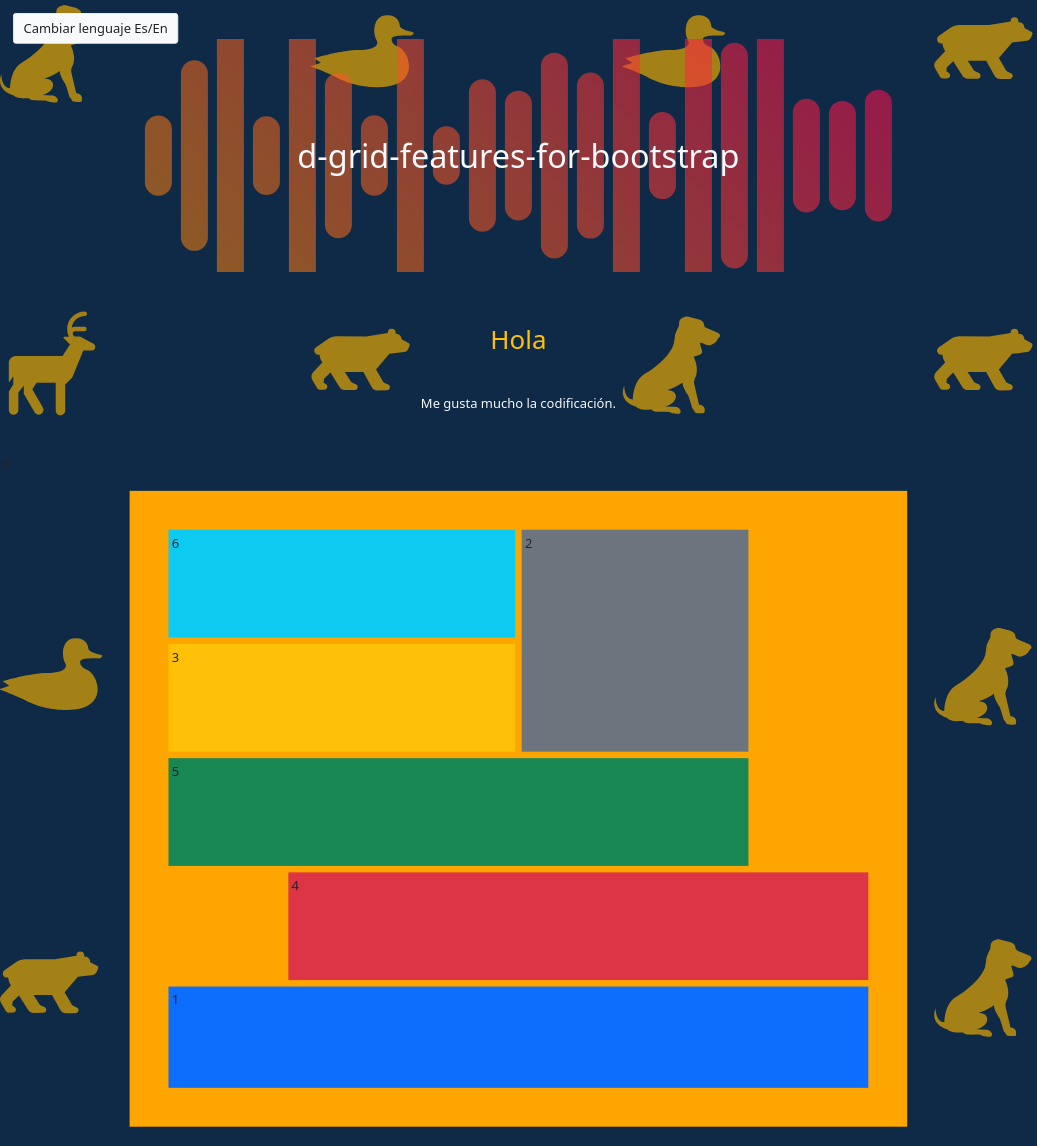
Repository: LynxPardelle/d-grid-features-for-bootstrap
Page: index.html
These files come from the project's save history. The page is drawn as it stood at one moment and after the next save; the edit follows.
The browser window is 1280 px wide. The pictures show the whole page, at 81% of full size.

Above is the page before, as saved 2021-10-20 23:53:01.

### index.html
<!DOCTYPE html>
<html lang="es">
  <head>
    <meta charset="UTF-8" />
    <meta http-equiv="X-UA-Compatible" content="IE=edge" />
    <meta name="viewport" content="width=device-width, initial-scale=1.0" />
    <meta name="author" content="Lynx Pardelle" />
    <title>d-grid-features-for-bootstrap</title>
    <link
      href="https://cdn.jsdelivr.net/npm/bootstrap@5.1.3/dist/css/bootstrap.min.css"
      rel="stylesheet"
      integrity="sha384-1BmE4kWBq78iYhFldvKuhfTAU6auU8tT94WrHftjDbrCEXSU1oBoqyl2QvZ6jIW3"
      crossorigin="anonymous"
    />
    <style>
      body {
        background-image: url("data:[embedded picture, 9376 characters]");
        background-size: cover;
        background-repeat: repeat;
        background-position: left top;
      }

      h1 {
        background-image: url("data:[embedded picture, 2297 characters]");
        background-size: cover;
        background-repeat: no-repeat;
        background-position: center center;
        padding: 7.5rem;
      }
    </style>
  </head>
  <body>
    <!-- Change Languaje -->
    <button id="switch-lang" onclick="SwitchLang()" class="d-block btn btn-light text-dark position-fixed top-0 start-0 mt-3 ms-3 ">
      <span data-lang="en">
        Switch Language Es/En
      </span>
      <span data-lang="es">
        Cambiar lenguaje Es/En
      </span>
    </button>

    <h1 class="text-center text-light my-5">d-grid-features-for-bootstrap</h1>

    <h2 class="text-center text-light p-3 m-3">
      <span data-lang="en" class="text-warning">Hello</span>
      <span data-lang="es" class="text-warning">Hola</span>
    </h2>

    <div class="text-center text-light p-3 m-3">
      <p data-lang="en">I really enjoy coding.</p>
      <p data-lang="es">Me gusta mucho la codificación.</p>
    </div>p>
    </div>

    <!-- <section class="d-grid bg-dark" data-gfbs data-gfbs-gtc="repeat(4, 1fr)" data-gfbs-gtr="repeat(2, 50px)" > -->
    <!-- <section class="d-grid bg-dark" data-gfbs data-gfbs-gta='"f f b c c a"" f f d e e a"'> -->
    <section
      class="d-grid w-75 mx-auto my-4"
      data-gfbs
      data-gfbs-custom="background-color: black; padding: 1rem;"
      data-gfbs-custom-sm="background-color: pink; padding: 2rem;"
      data-gfbs-custom-md="background-color: orange; padding: 3rem;"
      data-gfbs-gt='
      [row1-start] "a a b ." 12.5px [row1-end]
      [row2-start] "a a b ." 12.5px [row2-end]
      [row3-start] "c c b d" 12.5px [row3-end]
      [row4-start] "c c b d" 12.5px [row4-end]
      [row5-start] "e e e d" 12.5px [row5-end]
      [row6-start] "e e e d" 12.5px [row6-end]
      [row7-start] ". f f f" 12.5px [row7-end]
      [row8-start] ". f f f" 12.5px [row8-end]
      [row9-start] "g g g g" 25px [row9-end]
      / 2fr 1fr 1fr 3fr'
      data-gfbs-gt-sm='
      [row1-start] "a b b ." 25px [row1-end]
      [row2-start] "a b b ." 25px [row2-end]
      [row3-start] "c c c ." 25px [row3-end]
      [row4-start] "c c c ." 25px [row4-end]
      [row5-start] "e e d d" 25px [row5-end]
      [row6-start] "e e d d" 25px [row6-end]
      [row7-start] ". f f ." 25px [row7-end]
      [row8-start] ". f f ." 25px [row8-end]
      [row9-start] "g g g g" 50px [row9-end]
      / 1fr 2fr 2fr 1fr'
      data-gfbs-gt-md='
      [row1-start] "a a a b" 37.5px [row1-end]
      [row2-start] "a a a b" 37.5px [row2-end]
      [row3-start] "c c d d" 37.5px [row3-end]
      [row4-start] "c c d d" 37.5px [row4-end]
      [row5-start] "e e d d" 37.5px [row5-end]
      [row6-start] "e e d d" 37.5px [row6-end]
      [row7-start] "f f f f" 37.5px [row7-end]
      [row8-start] "g g g g" 37.5px [row8-end]
      [row9-start] "g g g g" 75px [row9-end]
      / 1fr 2fr 2fr 1fr'
      data-gfbs-gt-lg='
      [row1-start] "a a b ." 50px [row1-end]
      [row2-start] "a a b ." 50px [row2-end]
      [row3-start] "c c b d" 50px [row3-end]
      [row4-start] "c c b d" 50px [row4-end]
      [row5-start] "e e e d" 50px [row5-end]
      [row6-start] "e e e d" 50px [row6-end]
      [row7-start] ". f f f" 50px [row7-end]
      [row8-start] ". f f f" 50px [row8-end]
      [row9-start] "g g g g" 100px [row9-end]
      / 1fr 2fr 2fr 1fr'
      data-gfbs-gt-xl='
      [row1-start] "a a b ." 62.5px [row1-end]
      [row2-start] "a a b ." 62.5px [row2-end]
      [row3-start] "c c b d" 62.5px [row3-end]
      [row4-start] "c c b d" 62.5px [row4-end]
      [row5-start] "e e e d" 62.5px [row5-end]
      [row6-start] "e e e d" 62.5px [row6-end]
      [row7-start] ". f f f" 62.5px [row7-end]
      [row8-start] ". f f f" 62.5px [row8-end]
      [row9-start] "g g g g" 125px [row9-end]
      / 1fr 2fr 2fr 1fr'
      data-gfbs-gt-xxl='
      [row1-start] "a a b ." 87.5px [row1-end]
      [row2-start] "a a b ." 87.5px [row2-end]
      [row3-start] "c c b d" 87.5px [row3-end]
      [row4-start] "c c b d" 87.5px [row4-end]
      [row5-start] "e e e d" 87.5px [row5-end]
      [row6-start] "e e e d" 87.5px [row6-end]
      [row7-start] ". f f f" 87.5px [row7-end]
      [row8-start] ". f f f" 87.5px [row8-end]
      [row9-start] "g g g g" 150px [row9-end]
      / 1fr 2fr 2fr 1fr'
      data-gfbs-gap="0.5rem"
    >
      <!-- data-gfbs-cg="1rem"
      data-gfbs-rg="1rem" -->
      <div
        data-gfbs
        data-gfbs-iga="a"
        data-gfbs-iga-sm="g"
        class="bg-primary p-1"
      >
        1
      </div>

      <div data-gfbs data-gfbs-iga="b" class="bg-secondary p-1">2</div>
      <div data-gfbs data-gfbs-iga="c" class="bg-warning p-1">3</div>
      <div
        data-gfbs
        data-gfbs-iga="d"
        data-gfbs-iga-lg="f"
        class="bg-danger p-1"
      >
        4
      </div>
      <div data-gfbs data-gfbs-iga="e" class="bg-success p-1">5</div>
      <div data-gfbs data-gfbs-iga="f" data-gfbs-iga-md="a" class="bg-info p-1">
        6
      </div>
    </section>

    <script
      src="https://cdn.jsdelivr.net/npm/bootstrap@5.1.3/dist/js/bootstrap.bundle.min.js"
      integrity="sha384-ka7Sk0Gln4gmtz2MlQnikT1wXgYsOg+OMhuP+IlRH9sENBO0LRn5q+8nbTov4+1p"
      crossorigin="anonymous"
    ></script>
    <script src="./d-grid.js"></script>
    <script src="./langChanger.js"></script>
  </body>
</html>

### d-grid.js
"use strict";

function gridCreate(){
  let wWidth = window.innerWidth;
  let gridElements = document.querySelectorAll("[data-gfbs]");

  function checkIfHasBP(gridElement, atr) {
    let hasIt = false;
    for (let attribute of gridElement.attributes) {
      let at = attribute.localName;
      if (at.includes(atr)) {
        switch (true) {
          case at.includes("-sm") && wWidth >= 576 && wWidth < 768:
            hasIt = true;
            break;
          case at.includes("-md") && wWidth >= 768 && wWidth < 992:
            hasIt = true;
            break;
          case at.includes("-lg") && wWidth >= 992 && wWidth < 1200:
            hasIt = true;
            break;
          case at.includes("-xl") && wWidth >= 1200 && wWidth < 1400:
            hasIt = true;
            break;
          case at.includes("-xxl") && wWidth >= 1400:
            hasIt = true;
            break;
        }
      }
    }

    return hasIt;
  }

  for (let gridElement of gridElements) {
    for (let attribute of gridElement.attributes) {
      let at = attribute.localName;
      let attValue = attribute.value;

      if (
        at.includes("gfbs-") &&
        ((!at.includes("-sm") &&
          !at.includes("-md") &&
          !at.includes("-lg") &&
          !at.includes("-xl") &&
          !at.includes("-xxl") &&
          !checkIfHasBP(gridElement, at)) ||
          (at.includes("-sm") &&
            wWidth >= 576 &&
            (!at.includes("-md") || (at.includes("-md") && wWidth < 768)) &&
            (!at.includes("-lg") || (at.includes("-lg") && wWidth < 992)) &&
            (!at.includes("-xl") || (at.includes("-xl") && wWidth < 1200)) &&
            (!at.includes("-xll") || (at.includes("-xxl") && wWidth < 1400))) ||
          (at.includes("-md") &&
            wWidth >= 768 &&
            (!at.includes("-lg") || (at.includes("-lg") && wWidth < 992)) &&
            (!at.includes("-xl") || (at.includes("-xl") && wWidth < 1200)) &&
            (!at.includes("-xll") || (at.includes("-xxl") && wWidth < 1400))) ||
          (at.includes("-lg") &&
            wWidth >= 992 &&
            (!at.includes("-xl") || (at.includes("-xl") && wWidth < 1200)) &&
            (!at.includes("-xll") || (at.includes("-xxl") && wWidth < 1400))) ||
          (at.includes("-xl") &&
            wWidth >= 1200 &&
            (!at.includes("-xll") || (at.includes("-xxl") && wWidth < 1400))) ||
          (at.includes("-xxl") && wWidth >= 1400))
      ) {
        switch (true) {
          /* Container */
          case at.includes("custom"):
            gridElement.style.cssText += attValue;
            break;
          case at.includes("gtc"):
            gridElement.style.gridTemplateColumns = attValue;
            break;
          case at.includes("gtr"):
            gridElement.style.gridTemplateRows = attValue;
            break;
          case at.includes("gta"):
            gridElement.style.gridTemplateAreas = attValue;
            break;
          case at.includes("gt"):
            gridElement.style.gridTemplate = attValue;
            break;
          case at.includes("cg"):
            gridElement.style.columnGap = attValue;
            break;
          case at.includes("rg"):
            gridElement.style.rowGap = attValue;
            break;
          case at.includes("gap"):
            gridElement.style.gap = attValue;
            break;
          case at.includes("ji"):
            gridElement.style.justifyItems = attValue;
            break;
          case at.includes("ai"):
            gridElement.style.alignItems = attValue;
            break;
          case at.includes("pi"):
            gridElement.style.placeItems = attValue;
            break;
          case at.includes("jc"):
            gridElement.style.justifyContent = attValue;
            break;
          case at.includes("ac"):
            gridElement.style.alignContent = attValue;
            break;
          case at.includes("pc"):
            gridElement.style.placeContent = attValue;
            break;
          case at.includes("gac"):
            gridElement.style.gridAutoColumns = attValue;
            break;
          case at.includes("gar"):
            gridElement.style.gridAutoRows = attValue;
            break;
          case at.includes("gaf"):
            gridElement.style.gridAutoFlow = attValue;
            break;
          case at.includes("grid"):
            gridElement.style.grid = attValue;
            break;

          /* Item */
          case at.includes("gcs"):
            gridElement.style.gridColumnStart = attValue;
            break;
          case at.includes("gce"):
            gridElement.style.gridColumnEnd = attValue;
            break;
          case at.includes("gc"):
            gridElement.style.gridColumn = attValue;
            break;
          case at.includes("grs"):
            gridElement.style.gridRowStart = attValue;
            break;
          case at.includes("gre"):
            gridElement.style.gridRowEnd = attValue;
            break;
          case at.includes("gr"):
            gridElement.style.gridRow = attValue;
            break;
          case at.includes("iga"):
            gridElement.style.gridArea = attValue;
            break;
          case at.includes("js"):
            gridElement.style.justifySelf = attValue;
            break;
          case at.includes("as"):
            gridElement.style.alignSelf = attValue;
            break;
          case at.includes("ps"):
            gridElement.style.placeSelf = attValue;
            break;
        }
      }
    }
  }
}

window.onload = gridCreate();
window.addEventListener("resize", gridCreate);

### langChanger.js
let langEs = false;
let langEn = true;

let elementsEs = document.querySelectorAll('[data-lang="es"]');
let elementsEn = document.querySelectorAll('[data-lang="en"]');

for (let element of elementsEn) {
  element.classList.add("d-none");
}

// document.getElementById("switch-lang").addEventListener("click", SwitchLang());
function SwitchLang() {
  langEs = !langEs;
  langEn = !langEn;

  console.log(langEs);
  console.log(langEn);
  switch (true) {
    case langEs === true:
      for (let element of elementsEn) {
        if (!hasClass(element, "d-none")) {
          element.classList.add("d-none");
        }
      }
      for (let element of elementsEs) {
        if (hasClass(element, "d-none")) {
          element.classList.remove("d-none");
        }
      }
      break;
    case langEn === true:
      for (let element of elementsEs) {
        if (!hasClass(element, "d-none")) {
          element.classList.add("d-none");
        }
      }
      for (let element of elementsEn) {
        if (hasClass(element, "d-none")) {
          element.classList.remove("d-none");
        }
      }
      break;
  }
}

function hasClass(element, className) {
  return (" " + element.className + " ").indexOf(" " + className + " ") > -1;
}

After the next save:
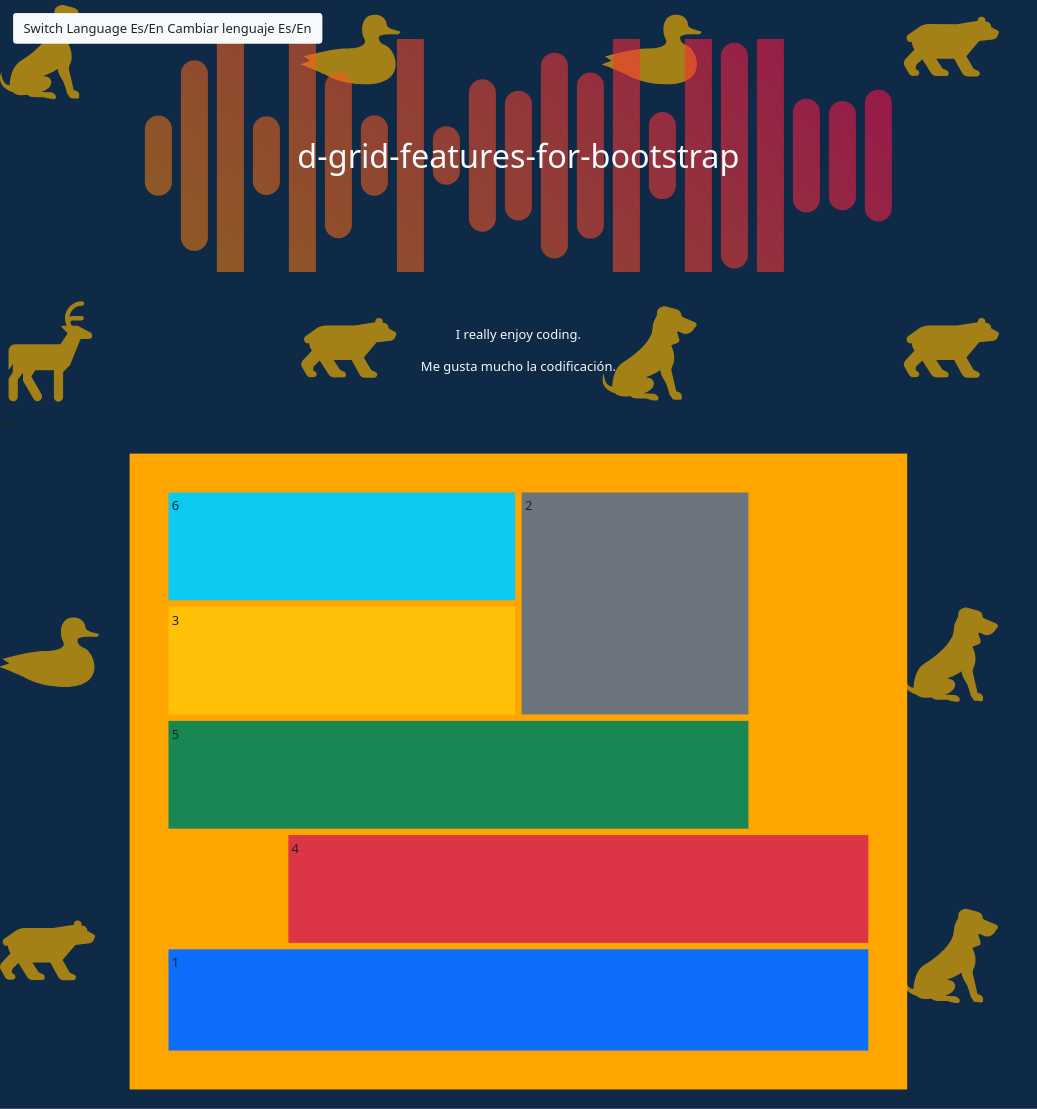
Saved 95 s later.
--- a/index.html
+++ b/index.html
@@ -32,24 +32,19 @@
   <body>
     <!-- Change Languaje -->
     <button id="switch-lang" onclick="SwitchLang()" class="d-block btn btn-light text-dark position-fixed top-0 start-0 mt-3 ms-3 ">
-      <span data-lang="en">
+      <span lang="en">
         Switch Language Es/En
       </span>
-      <span data-lang="es">
+      <span lang="es">
         Cambiar lenguaje Es/En
       </span>
     </button>
 
     <h1 class="text-center text-light my-5">d-grid-features-for-bootstrap</h1>
 
-    <h2 class="text-center text-light p-3 m-3">
-      <span data-lang="en" class="text-warning">Hello</span>
-      <span data-lang="es" class="text-warning">Hola</span>
-    </h2>
-
     <div class="text-center text-light p-3 m-3">
-      <p data-lang="en">I really enjoy coding.</p>
-      <p data-lang="es">Me gusta mucho la codificación.</p>
+      <p lang="en">I really enjoy coding.</p>
+      <p lang="es">Me gusta mucho la codificación.</p>
     </div>p>
     </div>
 
